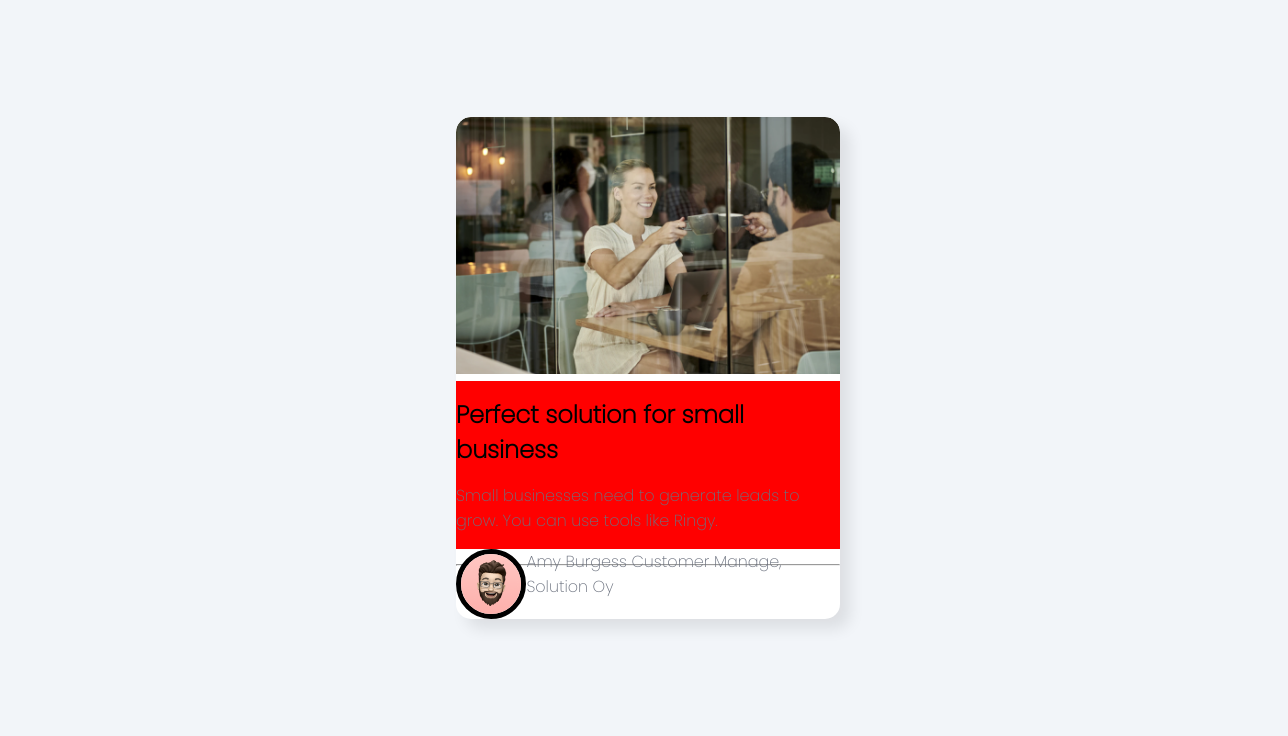
Repository: massndongo/business-blog-card
Page: index.html
These files come from the project's save history. The page is drawn as it stood at one moment and after a run of saves; the edit follows.
The browser window is 1280 px wide. The page is 1288 px wide, so the pictures cover 1288 px, including what lies to the right of the window. The pictures show the whole page.

Above is the page before, as saved 2023-11-08 05:03:19.

After the next 2 saves:
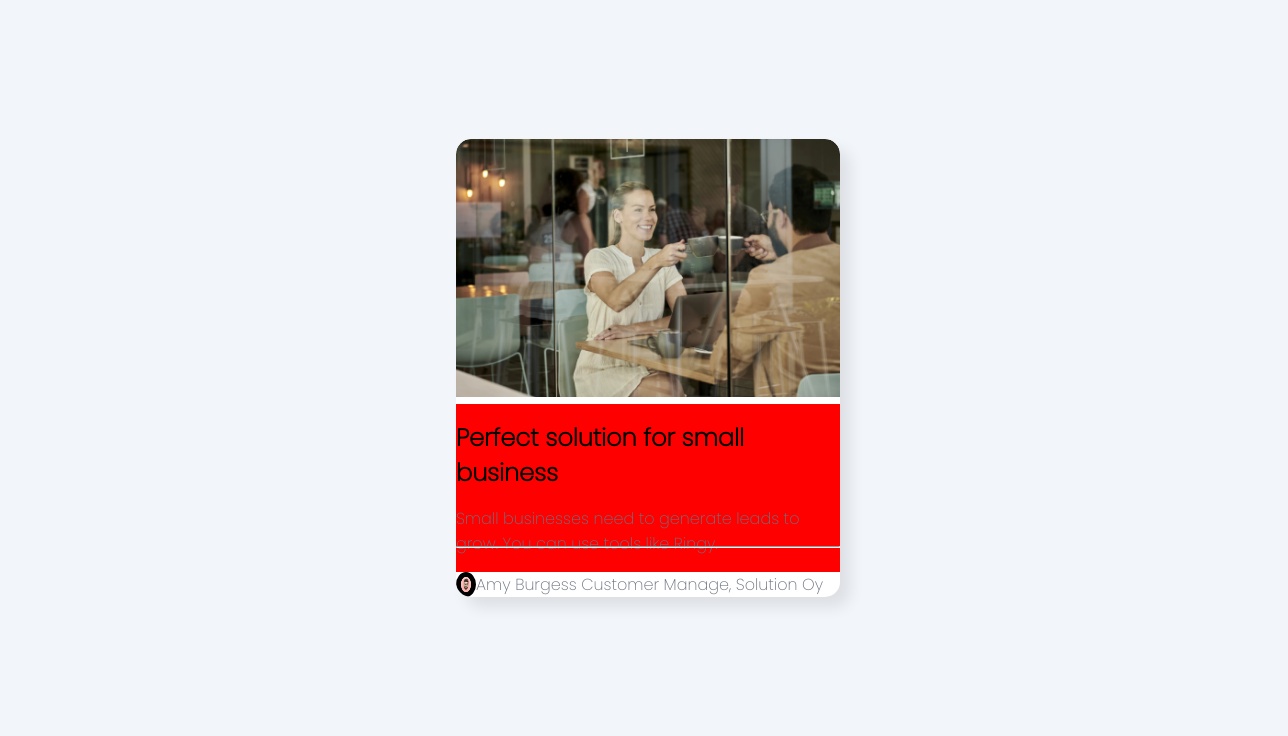
The 2 saves are shown as one change because they came seconds apart.
The last was saved 21 s later.
--- a/css/styles.css
+++ b/css/styles.css
@@ -50,7 +50,7 @@ body {
     font-size: 16px;
 }
 .card-footer img{
-    width: 20%;
+    width: 20px;
     border-radius: 50%;
     border: 5px solid black;
 }
